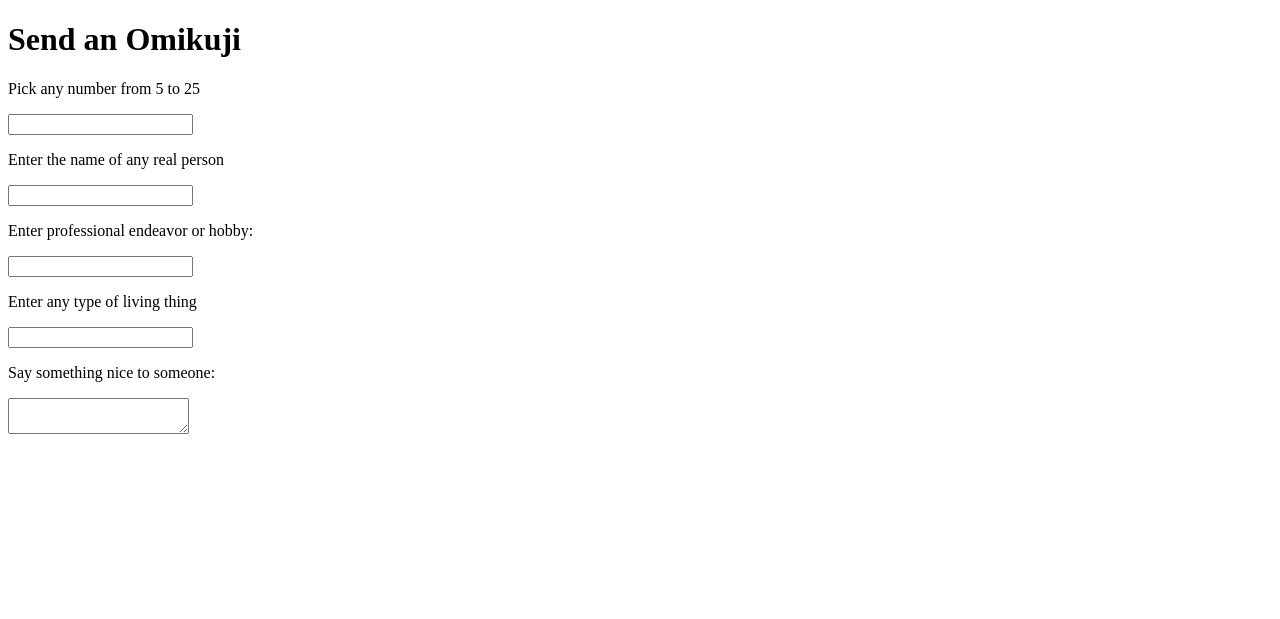
Repository: ShathaMorales/Java-Stack
Page: http://localhost/OmikujiForm/WEB-INF/index.jsp
An editor plug-in stored every save of this project. The page is shown before and after the next save, followed by the edit.
The browser window is 1280 px wide. The pictures show the whole page.
The page is served by Tomcat 10. Nobody is signed in. The template is opened directly, without the code that normally fills it, so the values that code supplies are empty.

Above is the page before, as saved 2023-05-06 09:57:13.

After the next save:
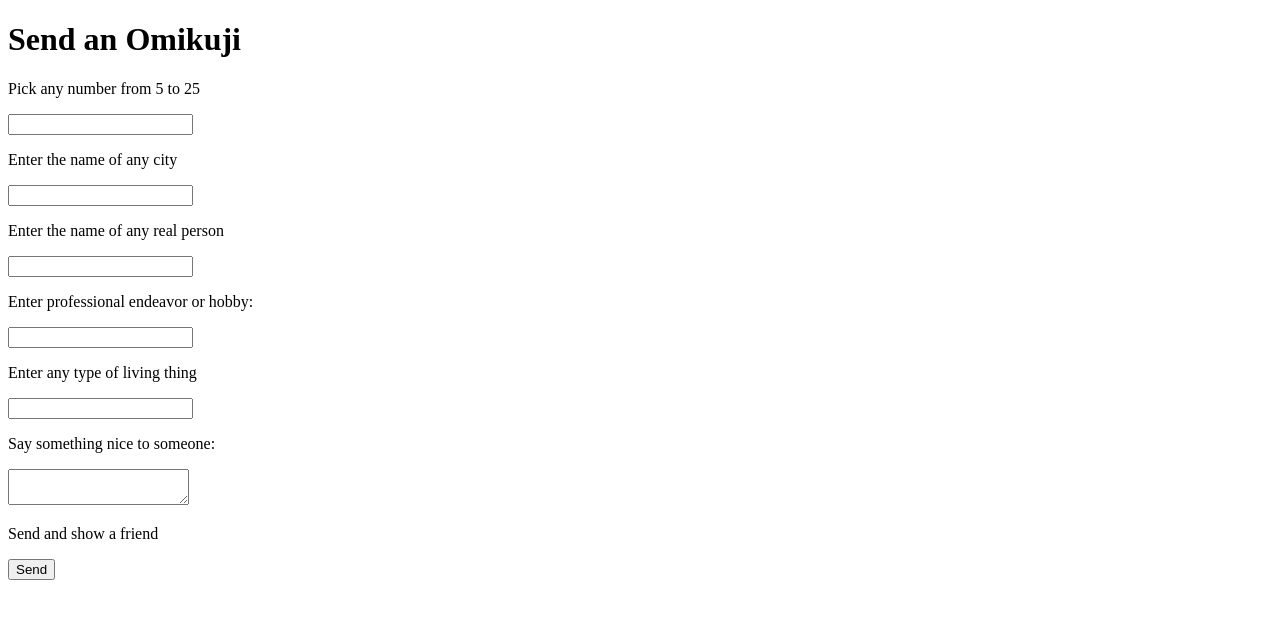
Saved 64 s later.
--- a/_java/JavaSpring/OmikujiForm/OmikujiForm/src/main/webapp/WEB-INF/index.jsp
+++ b/_java/JavaSpring/OmikujiForm/OmikujiForm/src/main/webapp/WEB-INF/index.jsp
@@ -14,6 +14,9 @@
 		<p>Pick any number from 5 to 25</p>
 		<input type="number" name="number">
 
+		<p>Enter the name of any city</p>
+		<input type="text" name="city">
+
 		<p>Enter the name of any real person</p>
 		<input type="text" name="name">
 
@@ -25,6 +28,9 @@
 
 		<p>Say something nice to someone:</p>
 		<textarea id="textarea" name="textarea"></textarea>
+
+		<p>Send and show a friend</p>
+		<input type="submit" value="Send">
 	</form>
 </body>
 </html>
